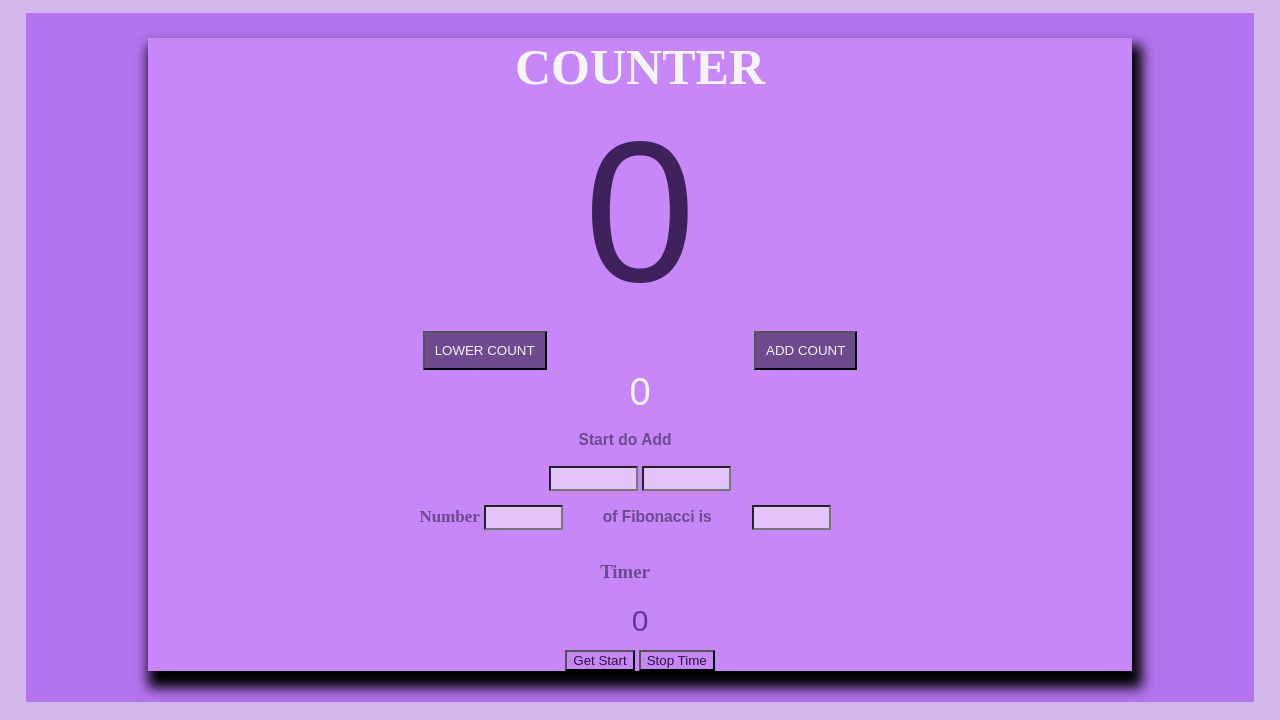
Repository: AnahitKhechumyan/Counter
Page: index.html
The author's editor kept a copy of each file at every save. The page is drawn from the files as they stood at one save, then again after the next save.
The browser window is 1280 px wide. The pictures show the whole page.

Above is the page before, as saved 2022-02-16 02:20:46.

After the next save:
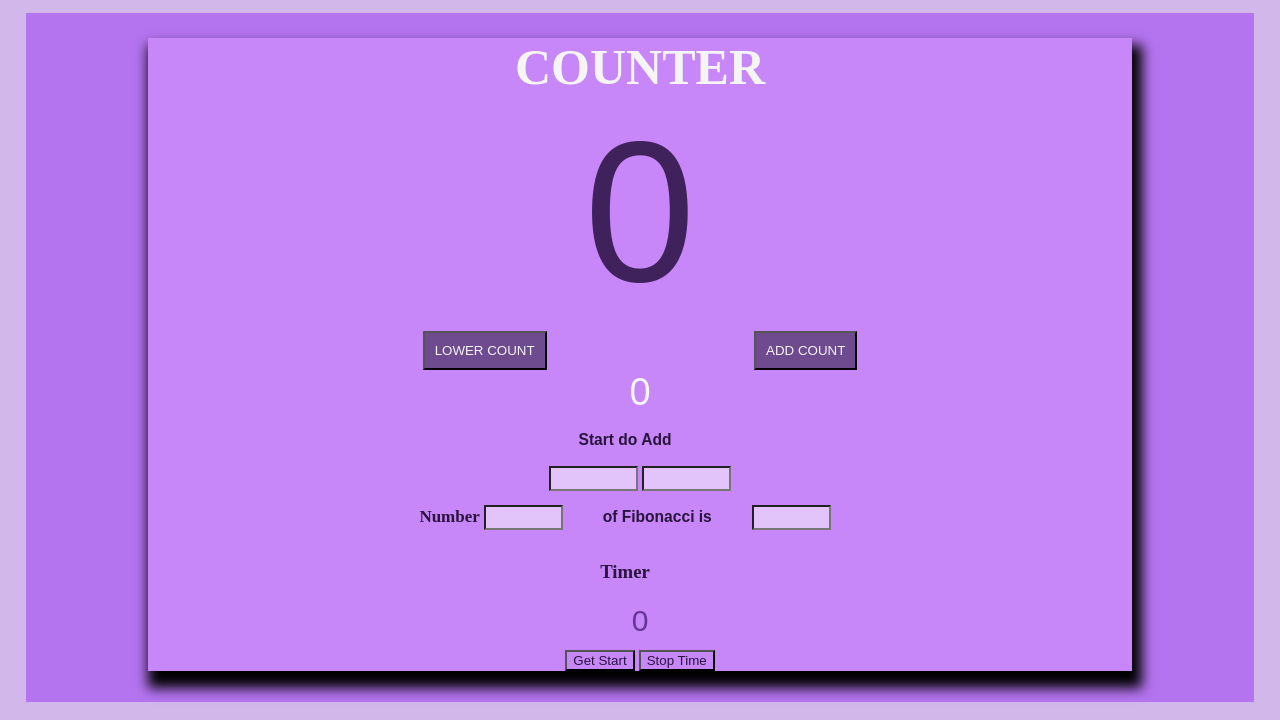
Saved 2 min 51 s later.
--- a/style.css
+++ b/style.css
@@ -89,7 +89,7 @@ input{
 .main >span{
     font-size: 17px;
     font-weight: 700;
-    color:rgb(110, 74, 143);
+    color:rgb(41, 20, 61);
    }
 
 .timer{
@@ -113,7 +113,7 @@ input{
 }
 h3{
     cursor:pointer;
-    color:rgb(110, 74, 143);
+    color:rgb(41, 20, 61);
     margin-right: 30px;
 }
 .add{
